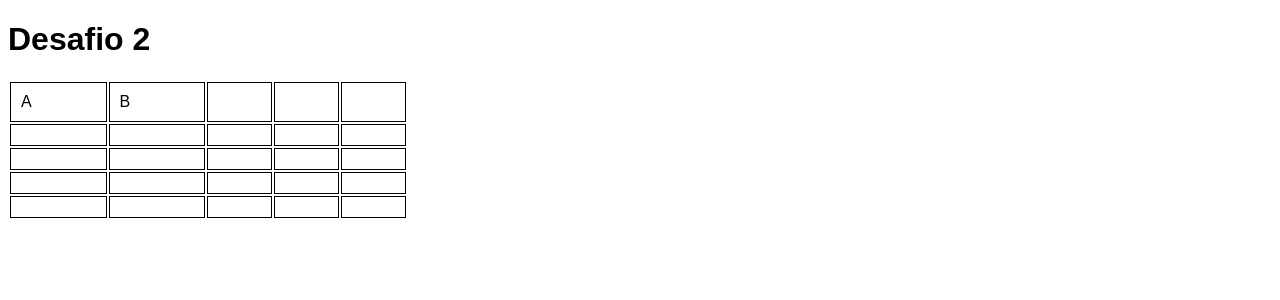
Repository: railsondev/html-css
Page: Módulo3/Desafio/D03 - tabela 1/tabela1.html
The author's editor kept a copy of each file at every save. The page is drawn from the files as they stood at one save, then again after a run of saves.
The browser window is 1280 px wide. The pictures show the whole page.

Above is the page before, as saved 2024-10-19 22:14:28.

After the next 3 saves:
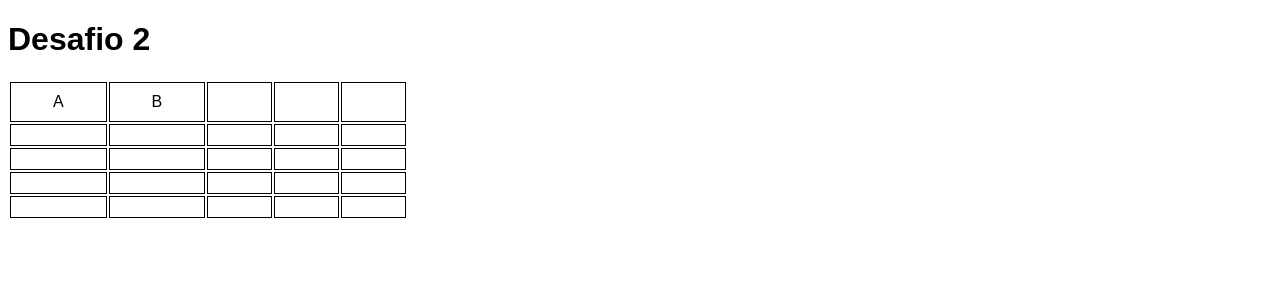
The 3 saves are shown as one change because they came seconds apart.
The last was saved 12 s later.
--- a/Módulo3/Desafio/D03 - tabela 1/style.css
+++ b/Módulo3/Desafio/D03 - tabela 1/style.css
@@ -12,5 +12,6 @@ table {
 td {
   border: 1px solid black;
   padding: 10px;
-  text-align: ;
+  text-align: center;
+  vertical-align: cen;
 }
